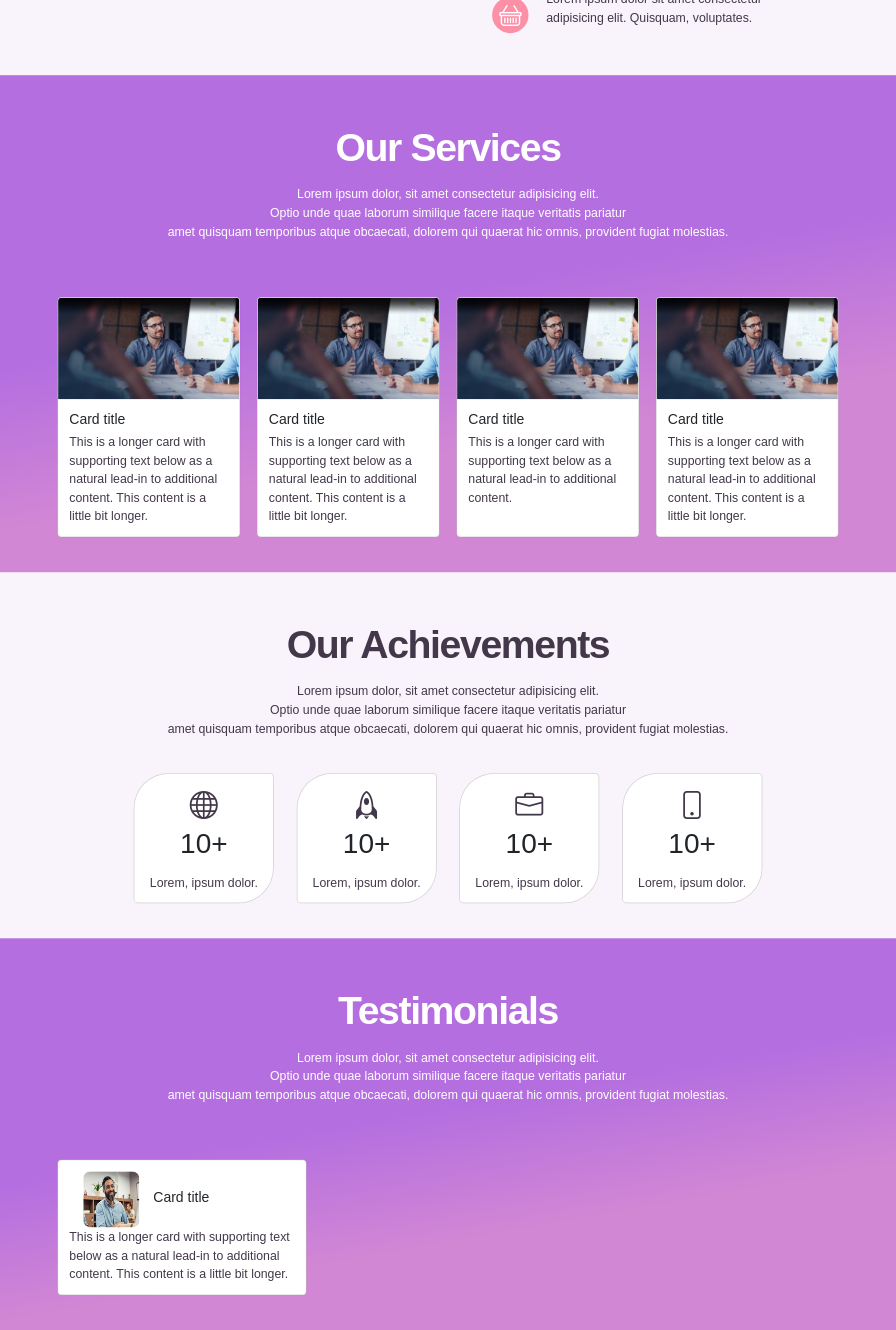
Repository: tagnam/project27012025
Page: index.html
An editor plug-in stored every save of this project. The page is shown before and after the next save, followed by the edit.
The browser window is 1280 px wide. The pictures show the part of the page from y = 1309 to 3229 px (the page is 3209 px tall before and 3229 px after), at 70% of full size.

Above is the page before, as saved 2025-01-28 13:08:39.

After the next save:
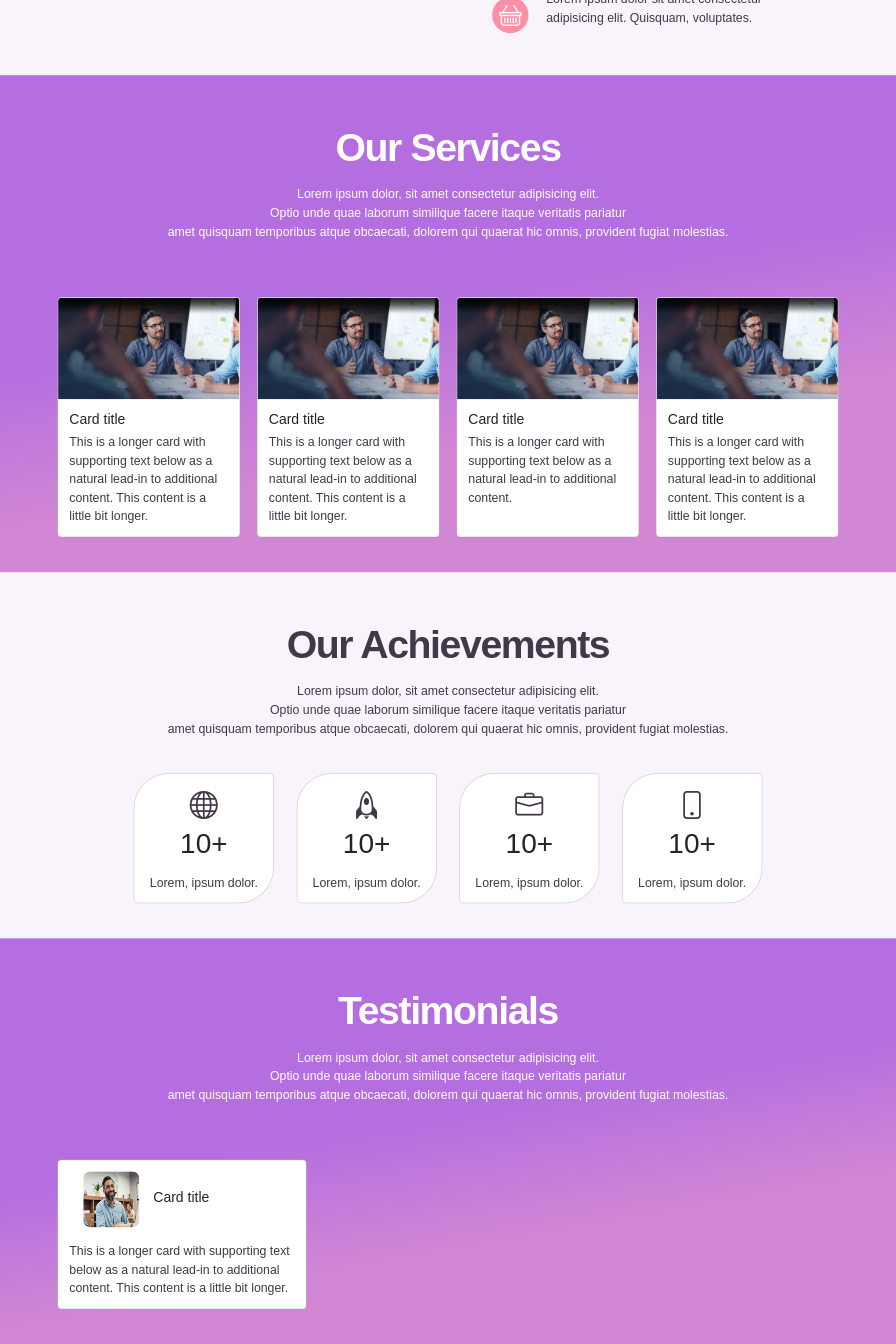
Saved 5 s later.
--- a/style/css/index.css
+++ b/style/css/index.css
@@ -241,7 +241,7 @@ width: 100%;
     /* justify-content: center; */
     align-items: center;
     flex-wrap: wrap;
-    ma
+    margin-bottom: 20px;
 }
 
 .testimonial-img{
